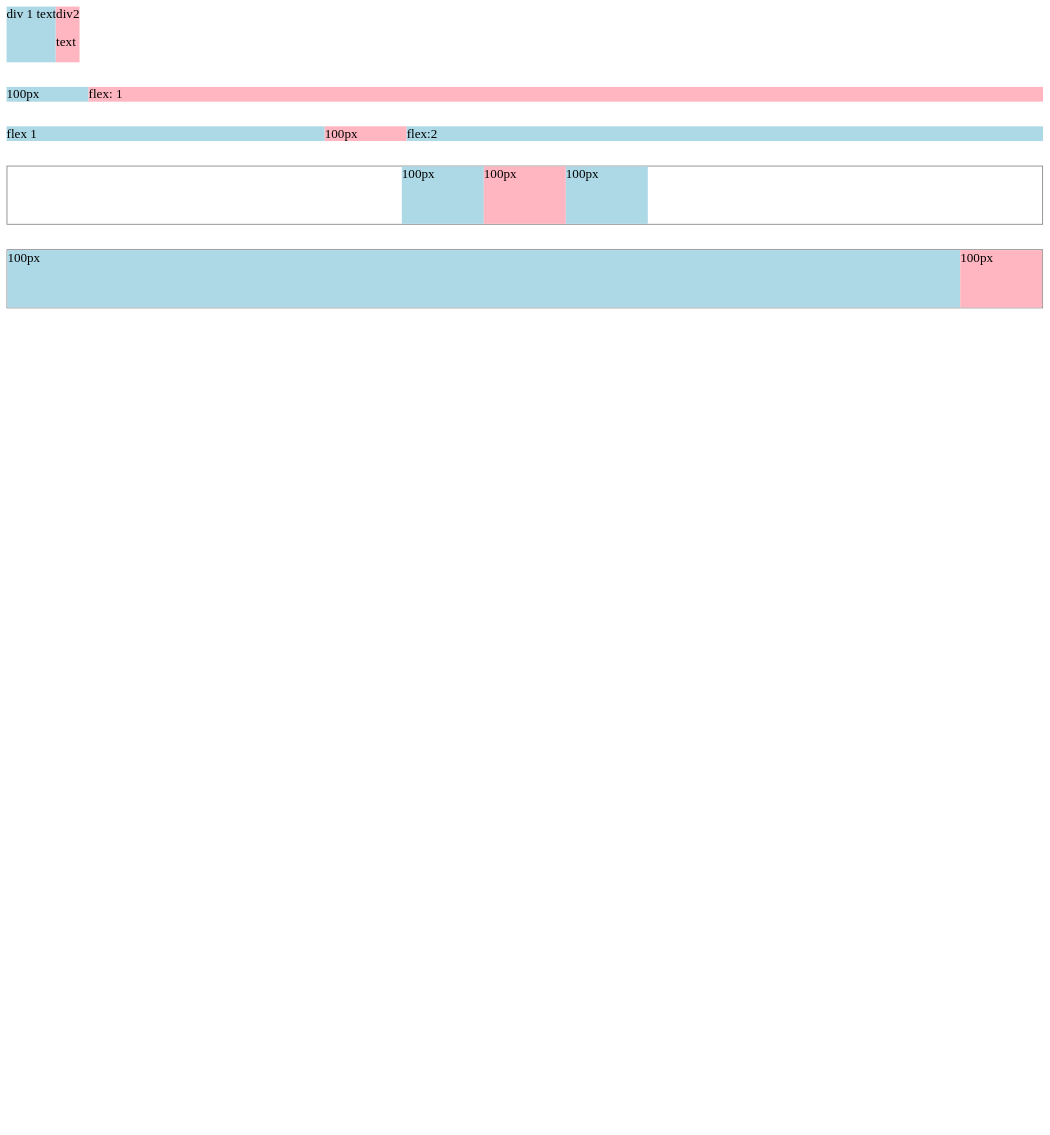
Repository: knowledgeAlan/html-css-twelve
Page: flexbox.html
These files come from the project's save history. The page is drawn as it stood at one moment and after the next save; the edit follows.
The browser window is 1280 px wide. The pictures show the whole page, at 82% of full size.

Above is the page before, as saved 2024-03-11 17:28:27.

### flexbox.html
<!DOCTYPE html>
<html>
    <head>
        <title>Flexbox Practice</title>
    </head>


    <body style="padding-bottom: 1000px;">

        <div style="
            display: flex;
            flex-direction: row;
            ">

            <div style="background-color: lightblue;">
                div 1 text
            </div>

            <div style="background-color: lightpink;">
                div2 <p>text</p>
            </div>
        </div>


        <div style="
          margin-top: 30px;
          display: flex;
          flex-direction:  row;

        ">

        <div style=" background-color:  lightblue;
            width: 100px;">
            100px

        </div>

        <div style="background-color: lightpink;
            flex: 1;

        ">
        flex: 1
        </div>

        </div>


        <div style=" margin-top: 30px;
            display: flex;
            flex-direction: row;
        ">

        <div style="background-color: lightblue; flex:1">
            flex 1
        </div>

        <div style="background-color: lightpink; width: 100px;">
            100px
        </div>

        <div style="background-color: lightblue; flex:2">
            flex:2
        </div>

        </div>


        <div style="
            margin-top: 30px;
            height: 70px;
            border-width: 1px;
            border-style: solid ;
            border-color: gray ;
            display: flex;
            flex-direction: row;
            justify-content: center;
        ">


        <div style="background-color:  lightblue;
            width: 100px;
        ">
          100px
        </div>


        <div style=" background-color: lightpink;
            width: 100px;
        ">
        100px
        </div>

        <div style="background-color:  lightblue;
            width: 100px;
        ">
            100px
        </div>
        </div>


        <div style="
            margin-top: 30px;
            height: 70px;
            border-width: 1px;
            border-style: solid;
            border-color: gray;

            display: flex;
            flex-direction:  row;
            justify-content: space-between;
        ">

            <div style="background-color: lightblue; flex:1">
                100px
            </div>

            <div style="background-color: lightpink;
                width: 100px;
            ">
                100px
            </div>
        </div>



    </body>
</html>

After the next save:
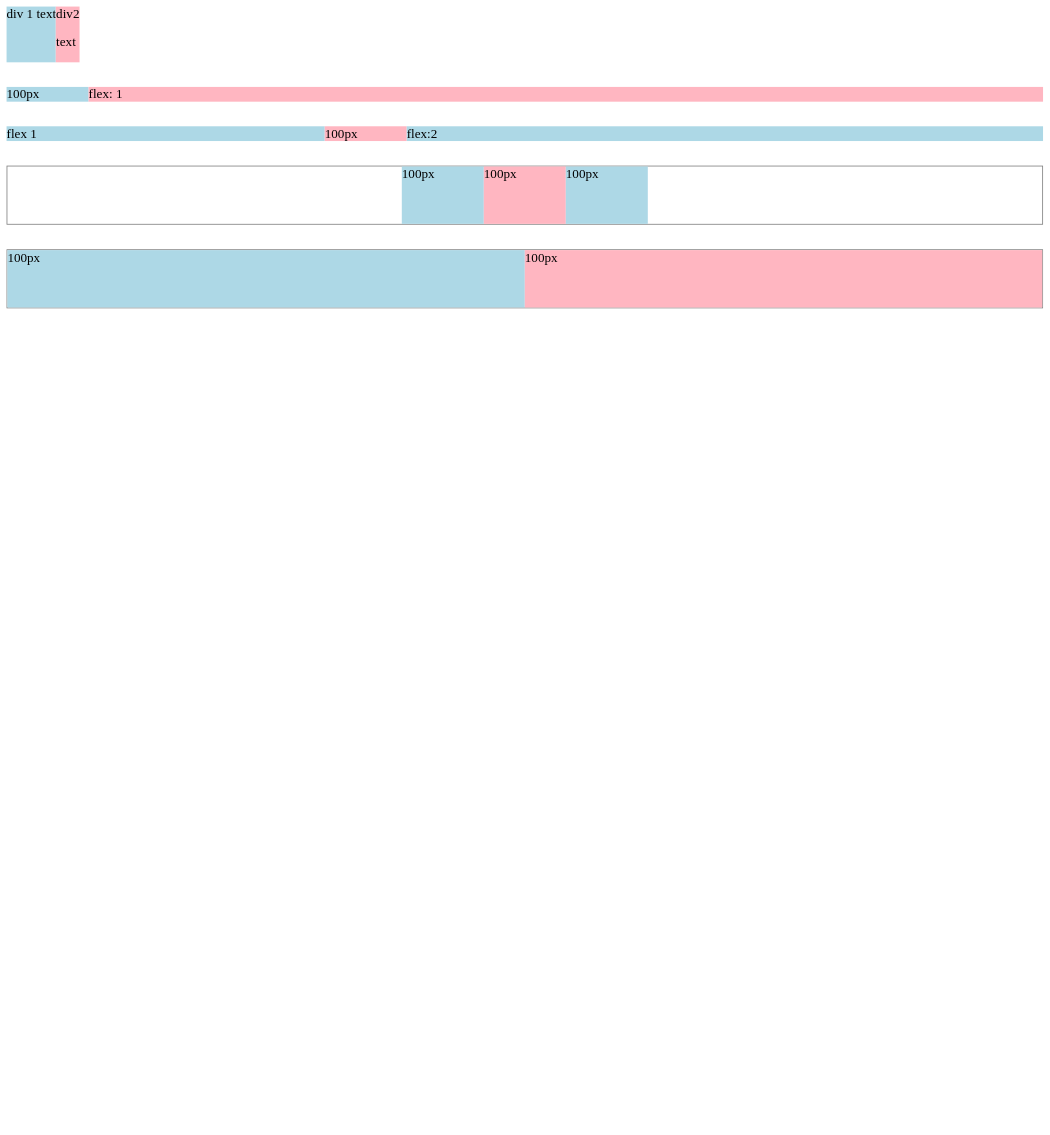
Saved 10 s later.
--- a/flexbox.html
+++ b/flexbox.html
@@ -115,7 +115,7 @@
             </div>
 
             <div style="background-color: lightpink;
-                width: 100px;
+                flex: 1;
             ">
                 100px
             </div>
